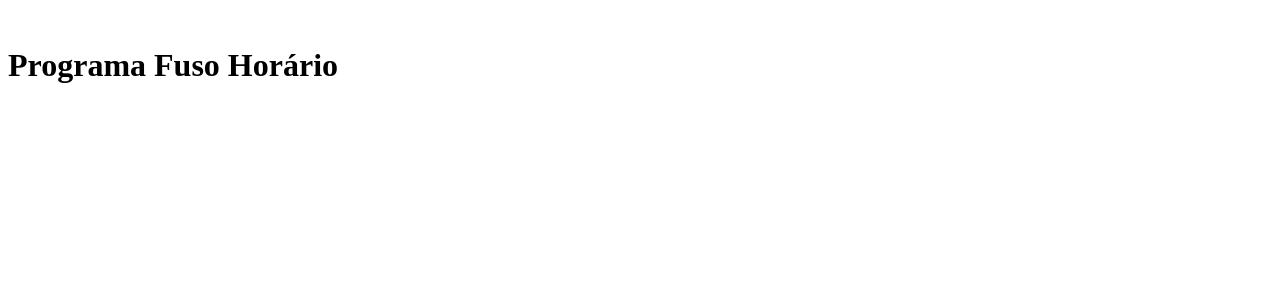
Repository: JhonMercedes/Javascript-book
Page: cap3/ex3_4.html
An editor plug-in stored every save of this project. The page is shown before and after the next save, followed by the edit.
The browser window is 1280 px wide. The pictures show the whole page.

Above is the page before, as saved 2021-12-15 21:54:29.

After the next save:
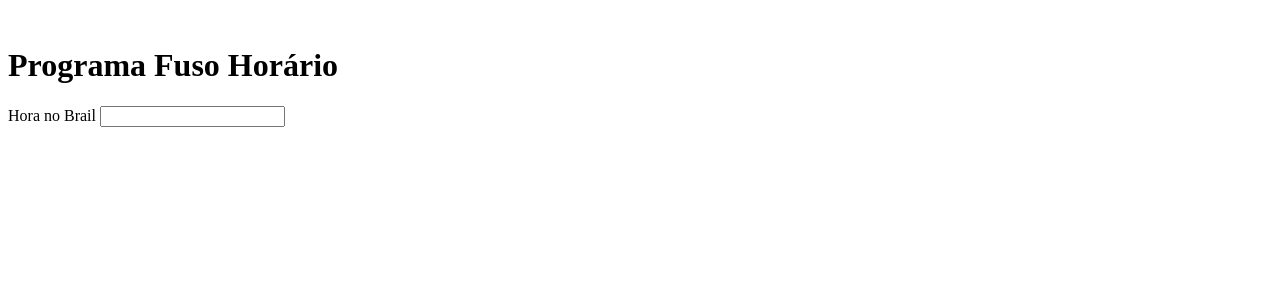
Saved 48 s later.
--- a/cap3/ex3_4.html
+++ b/cap3/ex3_4.html
@@ -9,5 +9,8 @@
 <body>
     <img src="" alt="">
     <h1>Programa Fuso Horário</h1>
+    <p>Hora no Brail
+        <input type="text" id=inHora>
+    </p>
 </body>
 </html>
